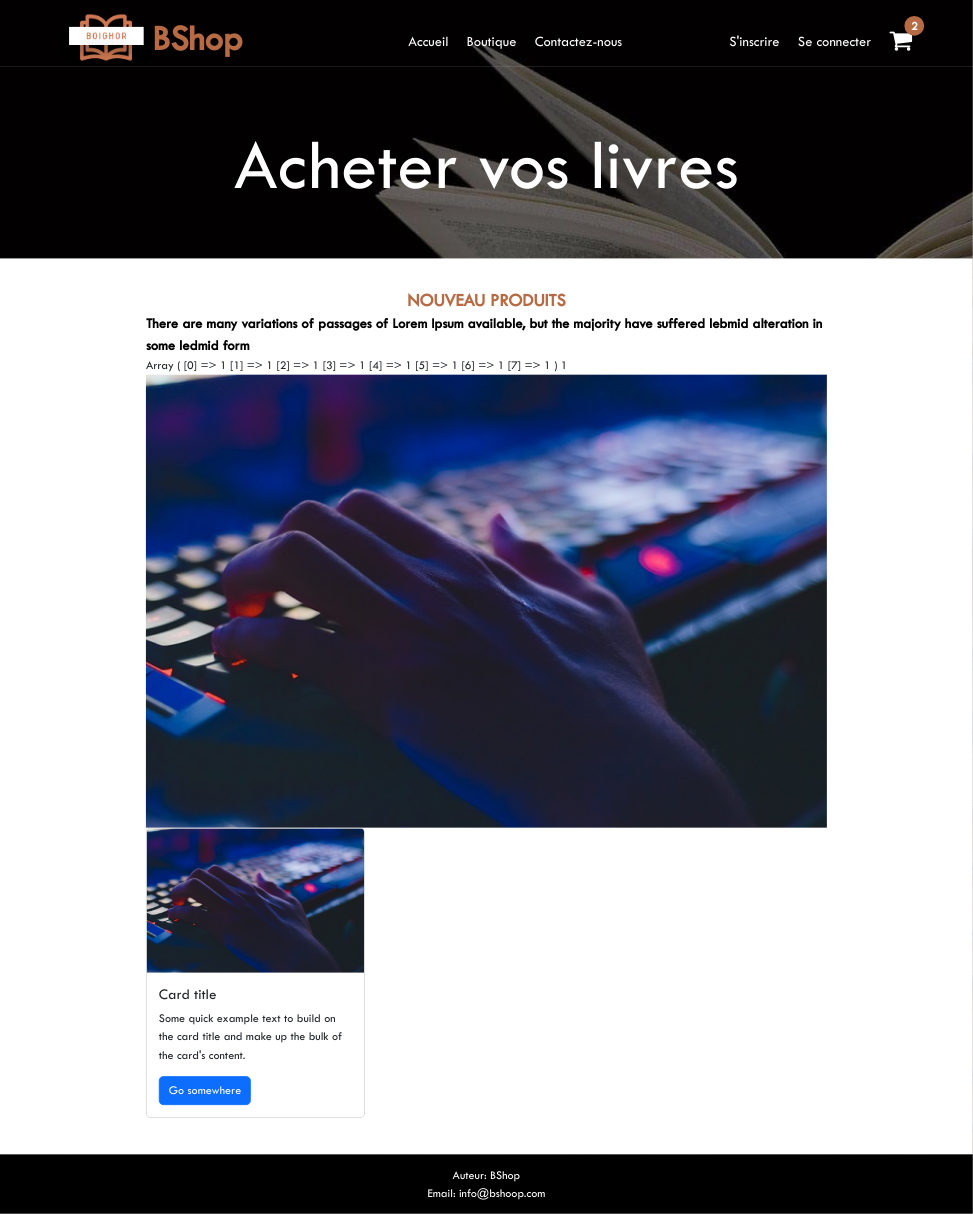
Repository: padevft/e-commerce-php
Page: http://localhost/
The author's editor kept a copy of each file at every save. The page is drawn from the files as they stood at one save, then again after the next save.
The browser window is 1280 px wide. The pictures show the whole page, at 76% of full size.
The page is run by PHP 8.4 with error messages shown; the project is at /var/www/html/.

Above is the page before, as saved 2023-09-17 23:24:41.

After the next save:
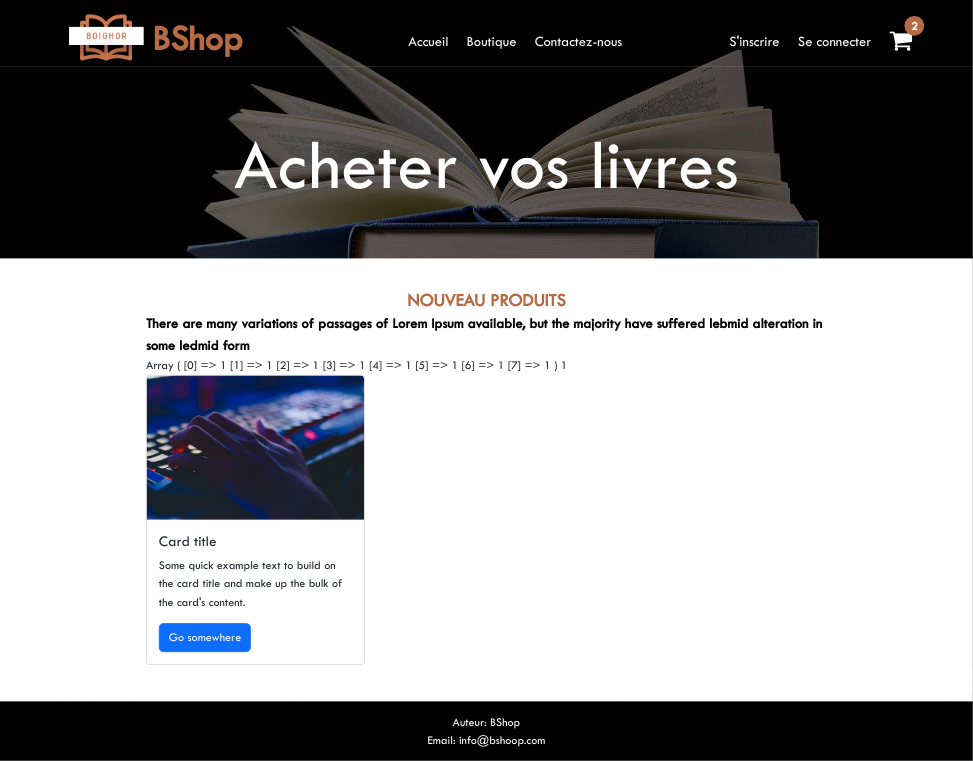
Saved 9 s later.
--- a/index.php
+++ b/index.php
@@ -38,14 +38,6 @@ require_once('server/includes/utilitaires.inc.php');
 
         ?>
 
-        <div class="item-product position-relative">
-
-          <div class="img-product">
-            <img src="client/images/p-2.jpg" alt="">
-          </div>
-
-        </div>
-
         <div class="card position-relative item-product" style="width: 18rem;">
           <img src="client/images/p-2.jpg" class="card-img-top" alt="...">
           <div class="card-body">
